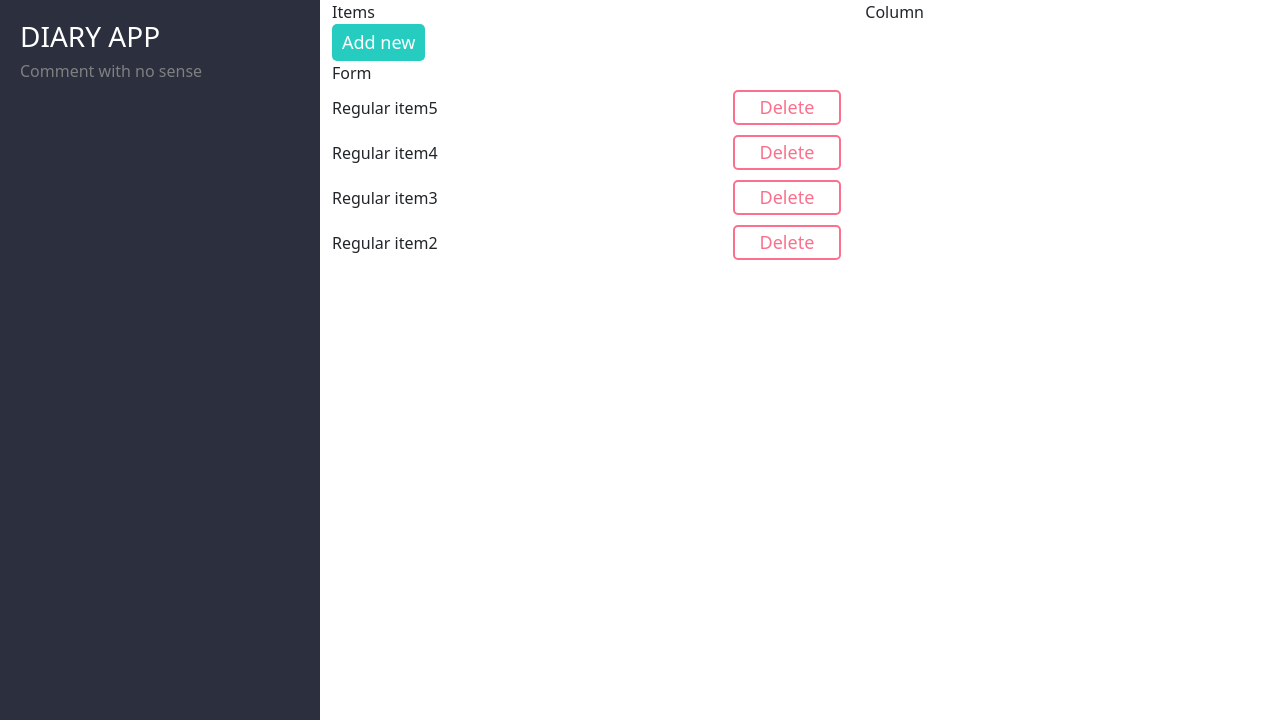
Repository: tsydikov/diary
Page: /
The author's editor kept a copy of each file at every save. The page is drawn from the files as they stood at one save, then again after the next save.
The browser window is 1280 px wide. The pictures show the whole page.
The project was rebuilt for these pictures with package versions that can differ from the ones it lists, and the page was loaded fresh each time.

Above is the page before, as saved 2021-09-10 20:06:44.

After the next save:
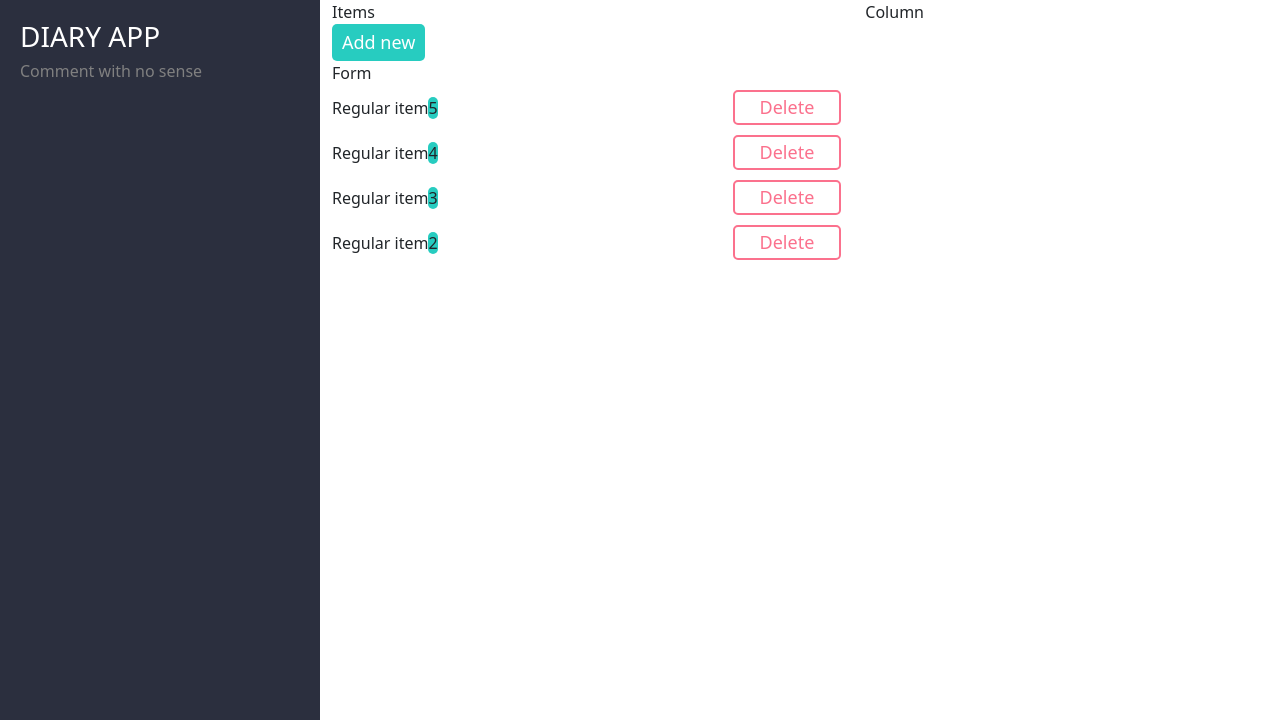
Saved 67 s later.
--- a/src/styles/App.css
+++ b/src/styles/App.css
@@ -16,3 +16,8 @@
     align-items: center;
     padding: 5px 0;
 }
+
+.item_cotainer span {
+    background-color: #27ccc0;
+    border-radius: 5px;
+}
